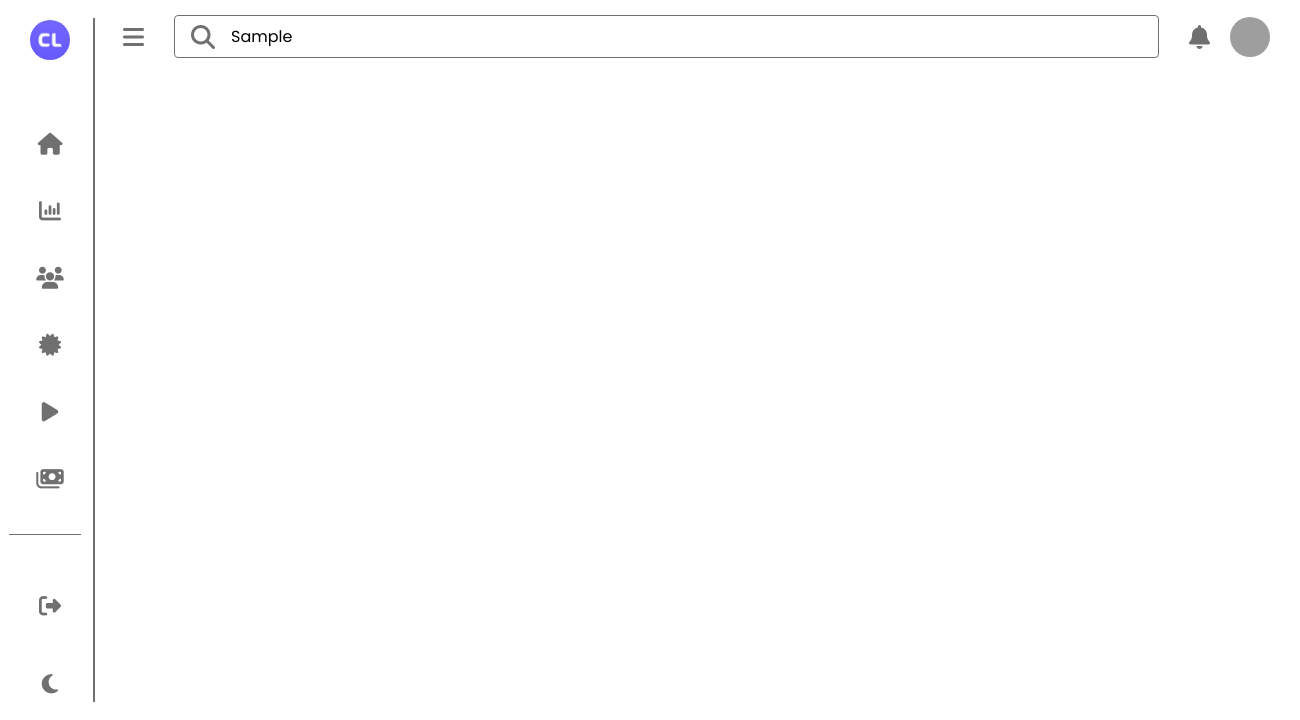
Repository: phamngocthang/practice-html-css
Page: Admin/dist/index.html
An editor plug-in stored every save of this project. The page is shown before and after the next save, followed by the edit.
The browser window is 1280 px wide. The page is 1300 px wide, then 1280 px, so the pictures cover 1300 px, including what lies to the right of the window. The pictures show the whole page.
Empty fields were first filled with sample values (such as "Sample", 5 or name@example.com).
After loading, the first visible `i.fa-bars` was clicked once.
Pictures or frames that could not be fetched are drawn as grey boxes. The style sheet was rebuilt from its Sass, Less or Tailwind sources for each picture, by a compiler version that may differ from the author's.

Above is the page before, as saved 2023-10-25 01:53:00.

### Admin/dist/index.html
<!DOCTYPE html>
<html lang="en">
<head>
    <meta charset="UTF-8">
    <meta name="viewport" content="width=device-width, initial-scale=1.0">
    <title>Document</title>
    <link rel="stylesheet" href="style/main.css">
    <link rel="stylesheet" href="https://cdnjs.cloudflare.com/ajax/libs/font-awesome/6.4.2/css/all.min.css" integrity="sha512-z3gLpd7yknf1YoNbCzqRKc4qyor8gaKU1qmn+CShxbuBusANI9QpRohGBreCFkKxLhei6S9CQXFEbbKuqLg0DA==" crossorigin="anonymous" referrerpolicy="no-referrer" />
</head>
<body>
    <nav>
        <div class="logo">
            <div class="logo__image">
                <img src="/Images/logo.png" alt="">
            </div>

            <span class="logo__name">
                E-LEARNING
            </span>
        </div>

        <div class="menu">
            <ul class="menu__link">
                <li class="menu__link__item"><a href="#">
                    <i class="fa-solid fa-house"></i>
                    <span>Dashboard</span>
                </a></li>
                <li class="menu__link__item"><a href="#">
                    <i class="fa-solid fa-chart-column"></i>
                    <span>Analytics</span>
                </a></li>
                <li class="menu__link__item"><a href="#">
                    <i class="fa-solid fa-users"></i>
                    <span>Users</span>
                </a></li>
                <li class="menu__link__item"><a href="#">
                    <i class="fa-solid fa-certificate"></i>
                    <span>Category</span>
                </a></li>
                <li class="menu__link__item"><a href="#">
                    <i class="fa-solid fa-play"></i>
                    <span>Courses</span>
                </a></li>
                <li class="menu__link__item"><a href="#">
                    <i class="fa-solid fa-money-bills"></i>
                    <span>Profit</span>
                </a></li>
            </ul>

            <ul class="menu__link">
                <li class="menu__link__item"><a href="#">
                    <i class="fa-solid fa-right-from-bracket"></i>
                    <span>Logout</span>
                </a></li>

                <li class="menu__link__item menu__link__item--darkmode"><a href="#">
                        <i class="fa-solid fa-moon"></i>
                        <span>Dark Mode</span>
                        <div class="menu__toggle">
                            <span class="menu__switch"></span>
                        </div>
                    </a>
                </li>
            </ul>
        </div>
    </nav>

    <section class="dashboard">
        <div class="top">
            <i class="fa-solid fa-bars top__bar"></i>
            <div class="top__search-box">
                <i class="fa-solid fa-magnifying-glass"></i>
                <input type="text" placeholder="Search here...">
            </div>
            <div class="top__image">
                <i class="fa-solid fa-bell bell"></i>
                <img src="/Images/avatar.jpg" alt="">
            </div>
        </div>
    </section>

    <script src="script.js">

    </script>
</body>
</html>

### Admin/dist/script.js
const body = document.querySelector("body");
const modeTogger = document.querySelector(".menu__toggle");
const sideBar = body.querySelector("nav")
const sideBarToggle = body.querySelector(".top__bar");

modeTogger.addEventListener("click", () => {
    body.classList.toggle("dark")
})

sideBarToggle.addEventListener("click", () => {
    sideBar.classList.toggle("close");
})

### Admin/scss/main.scss
@import url('https://fonts.googleapis.com/css2?family=Poppins:wght@200;300;400;500;600&display=swap');
@import 'variables';
* {
    margin: 0;
    padding: 0;
    box-sizing: border-box;
    font-family: 'Poppins', sans-serif;
}

body {
    --primary-color: #{$primary-color};
    --panel-color: #{$panel-color};
    --text-color: #{$text-color};
    --black-light-color: #{$black-light-color};
    --border-color: #{$border-color};
    --toggle-color: #{$toggle-color};
    --box1-color: #{$box1-color};
    --box2-color: #{$box2-color};
    --box3-color: #{$box3-color};
    --title-icon-color: #{$title-icon-color};
    min-height: 100vh;
}

body.dark {
    --primary-color: #3A3B3C;
    --panel-color: #242526;
    --text-color: #FFF;
    --black-light-color: #CCC;
    --border-color: #4D4C4C;
    --toggle-color: #FFF;
    --box1-color: #3A3B3C;
    --box2-color: #3A3B3C;
    --box3-color: #3A3B3C;
    --title-icon-color: #CCC;

    .menu__switch::before {
        left: 20px !important;
    }
}

nav {
    position: fixed;
    width: 250px;
    height: 100%;
    top: 0;
    left: 0;
    background-color: var(--panel-color);
    transition: $tran-05;

    .logo {
        display: flex;
        align-items: center;
        height: 80px;

        &__image {
            min-width: 45px;
            display: flex;
            align-items: center;
            padding-right: 10px;
            min-width: 80px;
            justify-content: flex-end;

            img {
                width: 40px;
                border-radius: 50%;
                object-fit: cover;
            }

        }

        &__name {
            color: var(--text-color);
            font-weight: 600;
            font-size: 22px;
            flex: 1;
            transition: $tran-05;
            white-space: nowrap;
        }
    }

    .menu {
        height: 100%;
        padding: 30px 0px 30px 20px;
        position: relative;


        &::after {
            content: '';
            left: 50%;
            top: 63%;
            width: 80%;
            height: 0.5px;
            transform: translateX(-50%);
            background-color: var(--black-light-color);
            position: absolute;
        }

        &__link {
            list-style: none;
            display: flex;
            flex-direction: column;
            align-items: flex-start;


            &:nth-child(1) {
                height: 70%;
            }


            &__item {
                padding: 20px 0;

                a {
                    text-decoration: none;
                    color: var(--black-light-color);
                    font-size: 18px;
                    display: flex;
                    align-items: center;
                    position: relative;
                    transition: 0.4 ease all;

                    i {
                        min-width: 60px;
                        text-align: center;
                        font-size: 22px;
                    }

                    span {
                        font-weight: 400;
                        transition: $tran-05;
                        white-space: nowrap;
                    }

                    &:hover {
                        color: var(--primary-color);

                        &::before {
                            content: '';
                            width: 5px;
                            height: 5px;
                            border-radius: 50%;
                            background-color: var(--primary-color);
                            position: absolute;
                            transition: 0.4 ease all;
                        }
                    }
                }
            }

            &__item--darkmode {
                display: flex;
                align-items: center;


                .menu__toggle {
                    margin-left: 20px;
                    height: 50px;
                    min-width: 45px;
                    display: flex;
                    align-items: center;
                    justify-content: center;

                    .menu__switch {
                        display: inline-block;
                        border-radius: 25px;
                        position: relative;
                        height: 22px;
                        width: 40px;
                        background-color: var(--toggle-color);

                        &::before {
                            content: '';
                            width: 15px;
                            height: 15px;
                            position: absolute;
                            background-color: var(--title-icon-color);
                            border-radius: 50%;
                            left: 3px;
                            top: 50%;
                            transform: translateY(-50%);
                            transition: $tran-03;
                        }
                    }
                }
            }
        }
    }


}

nav.close {
    width: 90px;

    .menu__link__item {
        span {
            opacity: 0;
            pointer-events: none;
        }
    }

    .logo__name {
        opacity: 0;
        pointer-events: none;
    }

    & ~ .dashboard {
        left: 73px + 20px;
        width: calc(100% - 73px);
    }
}

.dashboard {
    background-color: var(--panel-color);
    width: calc(100% - 250px);
    left: 250px;
    min-height: 100vh;
    position: relative;
    padding: 15px 30px 40px;
    transition: $tran-05;

    &::before {
        content: '';
        width: 2px;
        height: 95%;
        background-color: var(--black-light-color);
        left: 0;
        top: 50%;
        transform: translateY(-50%);
        position: absolute;
    }

    .top {
        height: 10%;
        display: flex;
        align-items: center;
        justify-content: space-between;

        i {
            font-size: 24px;
            color: var(--black-light-color);
        }

        &__bar {
            cursor: pointer;
        }

        &__search-box {
            flex: 1;
            width: 100%;
            padding: 8px;
            border-radius: 4px;
            border: 0.4px solid var(--black-light-color);
            margin: 0 30px;
            display: flex;
            align-items: center;

            i {
                font-size: 24px;
                padding: 0 16px 0 8px;
                color: var(--black-light-color);
            }

            input {
                font-size: 16px;
                outline: none;
                border: none;
                height: 100%;
                width: 100%;
                background-color: transparent;
            }
        }

        &__image {
            margin: 0 20p;
            display: flex;
            align-items: center;

            .bell {
                cursor: pointer;
                margin-right: 20px;
            }

            img {
                cursor: pointer;
                width: 40px;
                height: 40px;
                object-fit: cover;
                border-radius: 50%;
            }
        }
    }
}

### Admin/scss/_variables.scss
/* ===== Colors ===== */
$primary-color: #0E4BF1;
$panel-color: #FFF;
$text-color: #000;
$black-light-color: #707070;
$border-color: #e6e5e5;
$toggle-color: #DDD;
$box1-color: #4DA3FF;
$box2-color: #FFE6AC;
$box3-color: #E7D1FC;
$title-icon-color: #fff;

/* ====== Transition ====== */
$tran-05: all 0.5s ease;
$tran-03: all 0.3s ease;
$tran-03: all 0.2s ease;

After the next save:
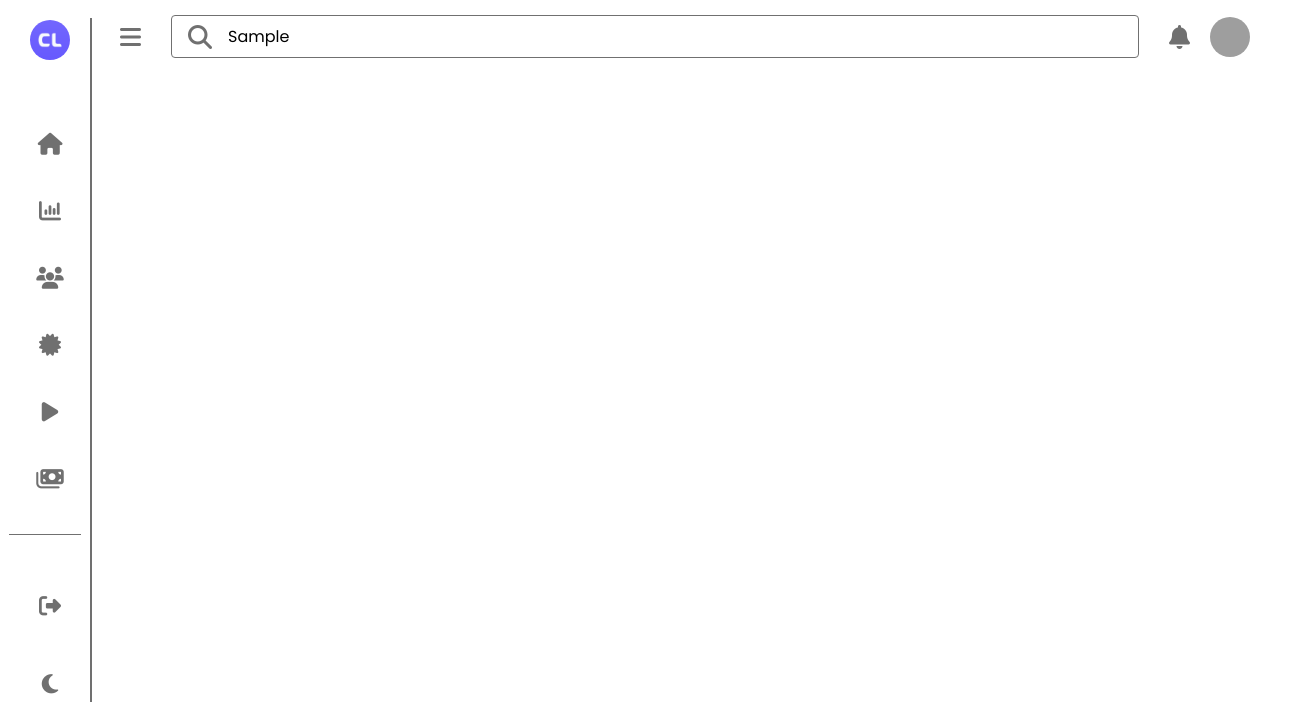
Saved 46 s later.
--- a/Admin/scss/main.scss
+++ b/Admin/scss/main.scss
@@ -205,8 +205,8 @@ nav.close {
     }
 
     & ~ .dashboard {
-        left: 73px + 20px;
-        width: calc(100% - 73px);
+        left: 90px;
+        width: calc(100% - 90px);
     }
 }
 
